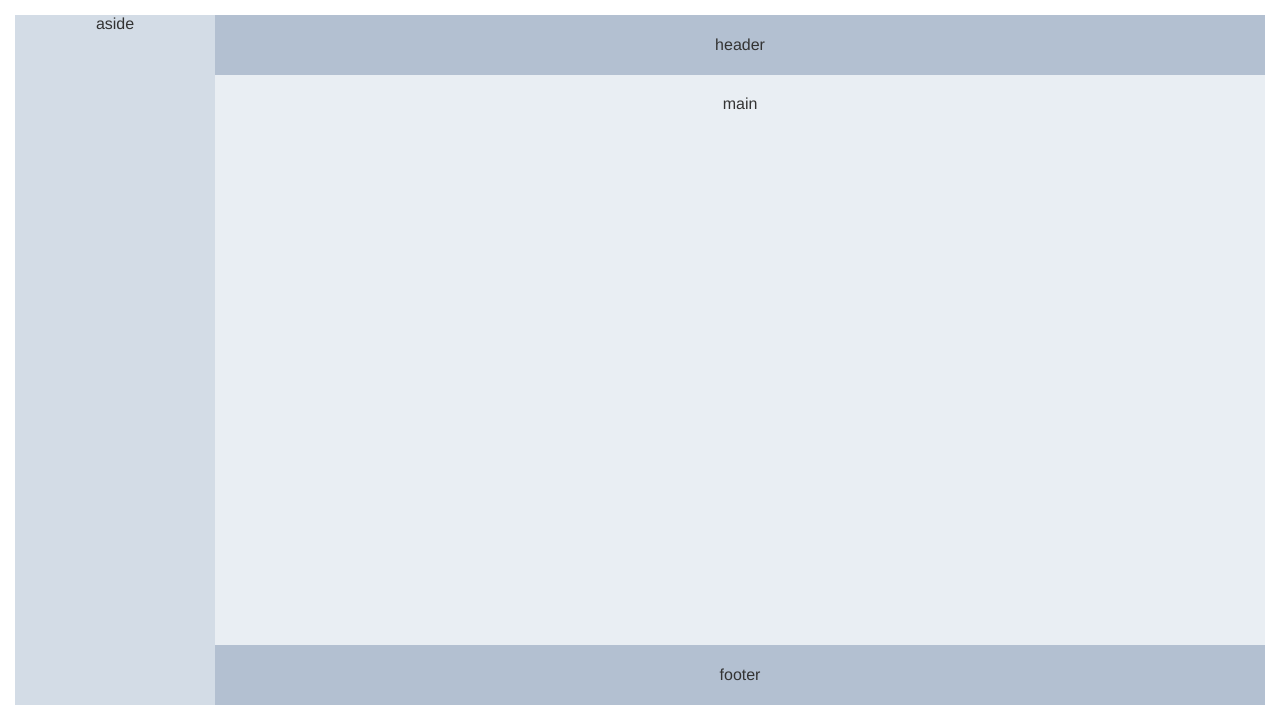
Repository: lagezhou888/element-vue2
Page: /#/button
The author's editor kept a copy of each file at every save. The page is drawn from the files as they stood at one save, then again after the next save.
The browser window is 1280 px wide. The pictures show the whole page.
The project was rebuilt for these pictures with package versions that can differ from the ones it lists, and the page was loaded fresh each time. Also part of the build but not shown: src/components/HelloWorld.vue, src/views/Home.vue.

Above is the page before, as saved 2021-05-13 15:50:06.

After the next save:
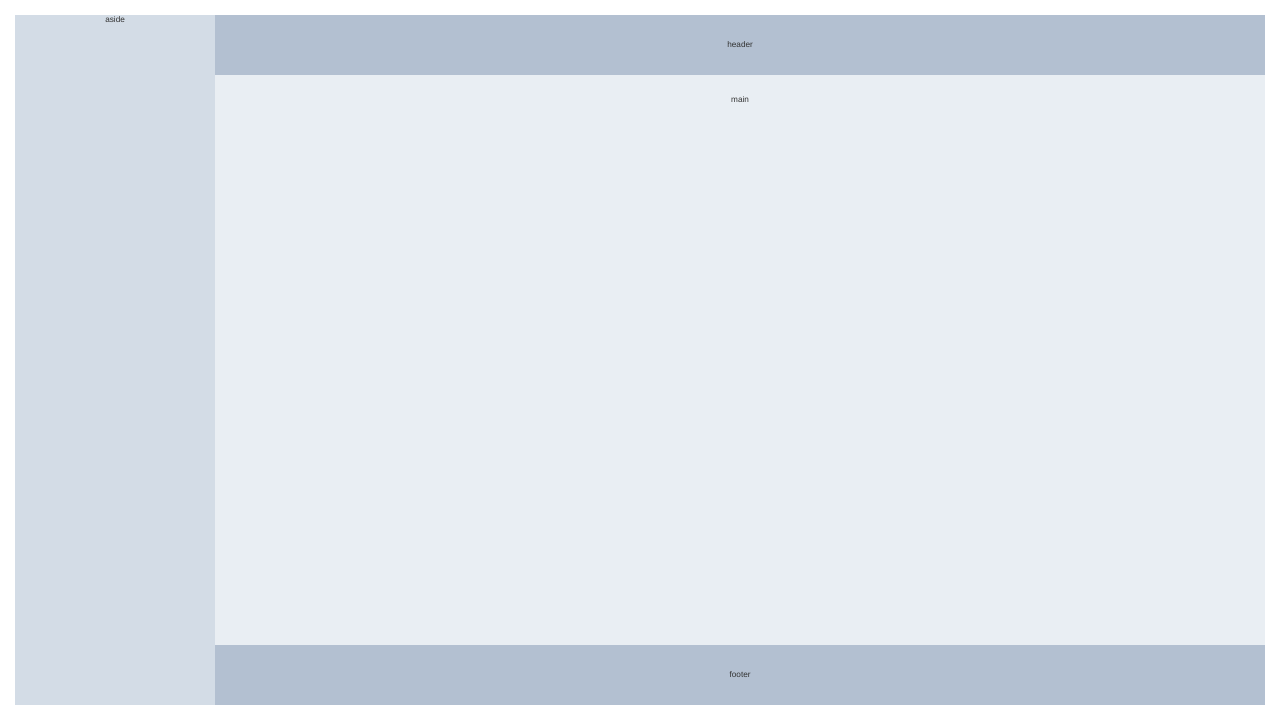
Saved 5 s later.
--- a/src/App.vue
+++ b/src/App.vue
@@ -14,7 +14,7 @@
   -webkit-font-smoothing: antialiased;
   -moz-osx-font-smoothing: grayscale;
   text-align: center;
-  font-size: 14px/;
+  font-size: 14px/1.7;
   color: #2c3e50;
 }
 html,body {
